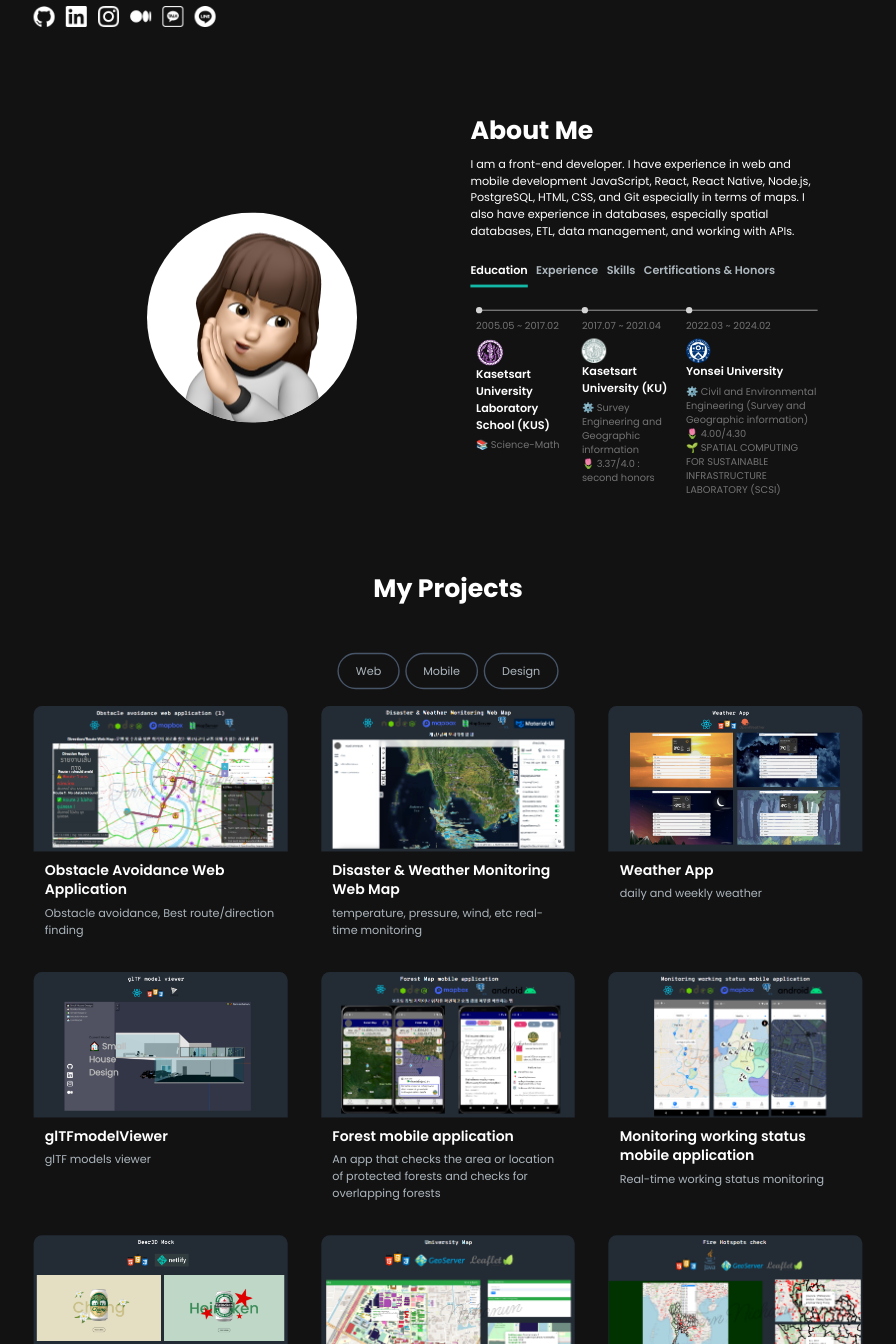
Repository: ffferncake/ffferncake-webport-2024
Page: /
These files come from the project's save history. The page is drawn as it stood at one moment and after the next save; the edit follows.
The browser window is 1280 px wide. The pictures show the part of the page from y = 552 to 2472 px (the page is 4024 px tall before and 4048 px after), at 70% of full size.
The project was rebuilt for these pictures with package versions that can differ from the ones it lists, and the page was loaded fresh each time. The framework's server and built-in components were replaced by stand-ins that run in the browser. Also part of the build but not shown: next.config.js, src/app/components/MenuOverlay.jsx, src/app/components/AchievementsSection.jsx.

Above is the page before, as saved 2024-03-13 01:15:40.

After the next save:
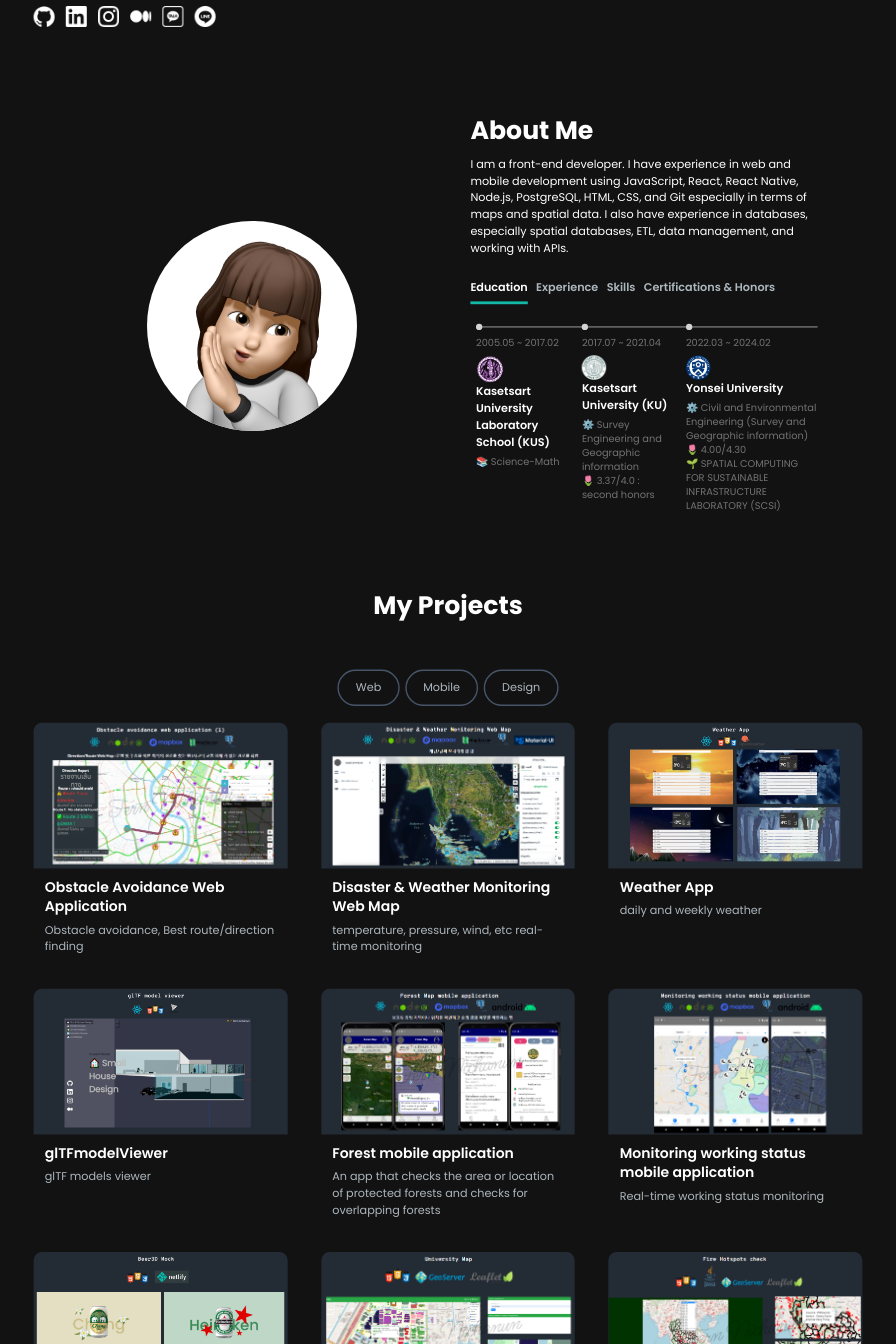
Saved 3 min 17 s later.
--- a/src/app/components/AboutSection.jsx
+++ b/src/app/components/AboutSection.jsx
@@ -2,8 +2,7 @@
 import React, { useTransition, useState, useEffect } from "react";
 import Image from "next/image";
 import TabButton from "./TabButton";
-import KusIcon from
- "../../../public/images/education/kus.gif";
+import KusIcon from "../../../public/images/education/kus.gif";
 import KuIcon from "../../../public/images/education/ku-modified.png";
 import YonseiIcon from "../../../public/images/education/YonseiUniversityEmblem.png";
 import GISIcon from "../../../public/images/education/gis_logo.png";
@@ -26,7 +25,7 @@ const TAB_DATA = [
         <li>QGIS/ArcGIS Pro/ArcMap</li>
         <li>GeoServer/MapServer</li>
       </ul>
-    )
+    ),
   },
   {
     title: "lang-Skills",
@@ -38,7 +37,7 @@ const TAB_DATA = [
         <li>TOEIC (English) : 850/990 </li>
         <li>IELTS (English) : 6.5/9.0 </li>
       </ul>
-    )
+    ),
   },
   {
     title: "Education",
@@ -112,7 +111,7 @@ const TAB_DATA = [
           </li>
         </ol>
       </ul>
-    )
+    ),
   },
   {
     title: "Certifications",
@@ -133,7 +132,7 @@ const TAB_DATA = [
         </li>
         <li>Outstanding Scholarship (Kasetsart University)</li>
       </ul>
-    )
+    ),
   },
   {
     title: "Experience",
@@ -230,8 +229,8 @@ const TAB_DATA = [
           </li>
         </ol>
       </ul>
-    )
-  }
+    ),
+  },
 ];
 
 const AboutSection = () => {
@@ -276,10 +275,10 @@ const AboutSection = () => {
           <h2 className="text-4xl font-bold text-white mb-4">About Me</h2>
           <p className="text-base lg:text-md">
             I am a front-end developer. I have experience in web and mobile
-            development JavaScript, React, React Native, Node.js, PostgreSQL,
-            HTML, CSS, and Git especially in terms of maps. I also have
-            experience in databases, especially spatial databases, ETL, data
-            management, and working with APIs.
+            development using JavaScript, React, React Native, Node.js,
+            PostgreSQL, HTML, CSS, and Git especially in terms of maps and
+            spatial data. I also have experience in databases, especially
+            spatial databases, ETL, data management, and working with APIs.
           </p>
           <div className="flex flex-row justify-start mt-8">
             <TabButton
